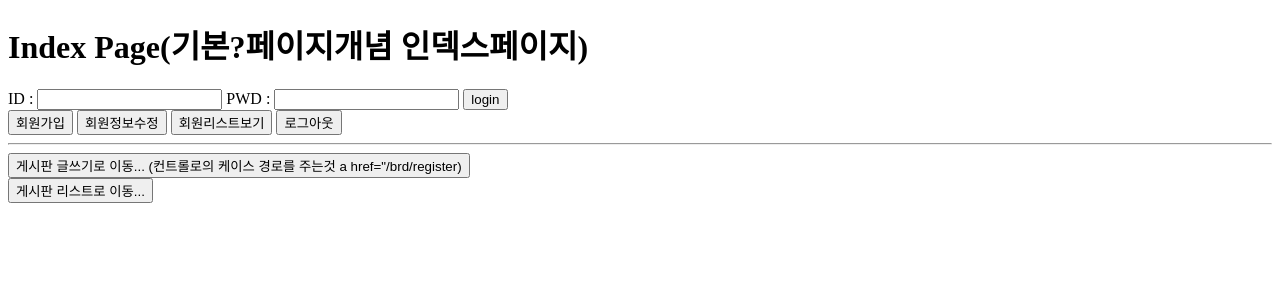
Repository: gatsby5959/_jsp_workspace_brd-mem_copy
Page: http://localhost/jsp_BoardMember/
The author's editor kept a copy of each file at every save. The page is drawn from the files as they stood at one save, then again after the next save.
The browser window is 1280 px wide. The pictures show the whole page.
The page is served by Tomcat 9.

Above is the page before, as saved 2023-09-08 10:37:27.

After the next save:
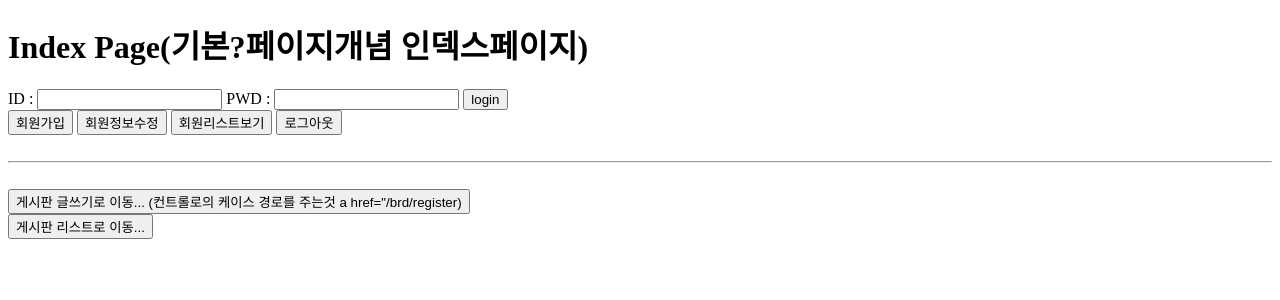
Saved 2 min 58 s later.
--- a/jsp_BoardMember/src/main/webapp/index.jsp
+++ b/jsp_BoardMember/src/main/webapp/index.jsp
@@ -10,8 +10,8 @@
 	<h1>Index Page(기본?페이지개념 인덱스페이지)</h1>
 
 	<form action="/mem/login" method="post">
-		ID : <input type="text" name="id"> PWD : <input type="text"
-			name="pwd">
+		ID : <input type="text" name="id">
+		PWD : <input type="text"  name="pwd">
 		<button type="submit">login</button>
 	</form>
 
@@ -46,7 +46,9 @@
 
 	<a href="#"><button>로그아웃</button></a>
 	<br>
+	<br>
 	<hr>
+	<br>
 
 	<!-- .jsp파일에서는 컨트롤러를 거치게 하려면 /brd/를 일단 쓴다 컨트롤러에 @WebServlet("/brd/*") 써놓았다. .jsp파일중 모든 /brd/는 잡히면 컨트롤러가 읽을 예정이다. -->
 	<a href="/brd/register"><button>게시판 글쓰기로 이동... (컨트롤로의 케이스
